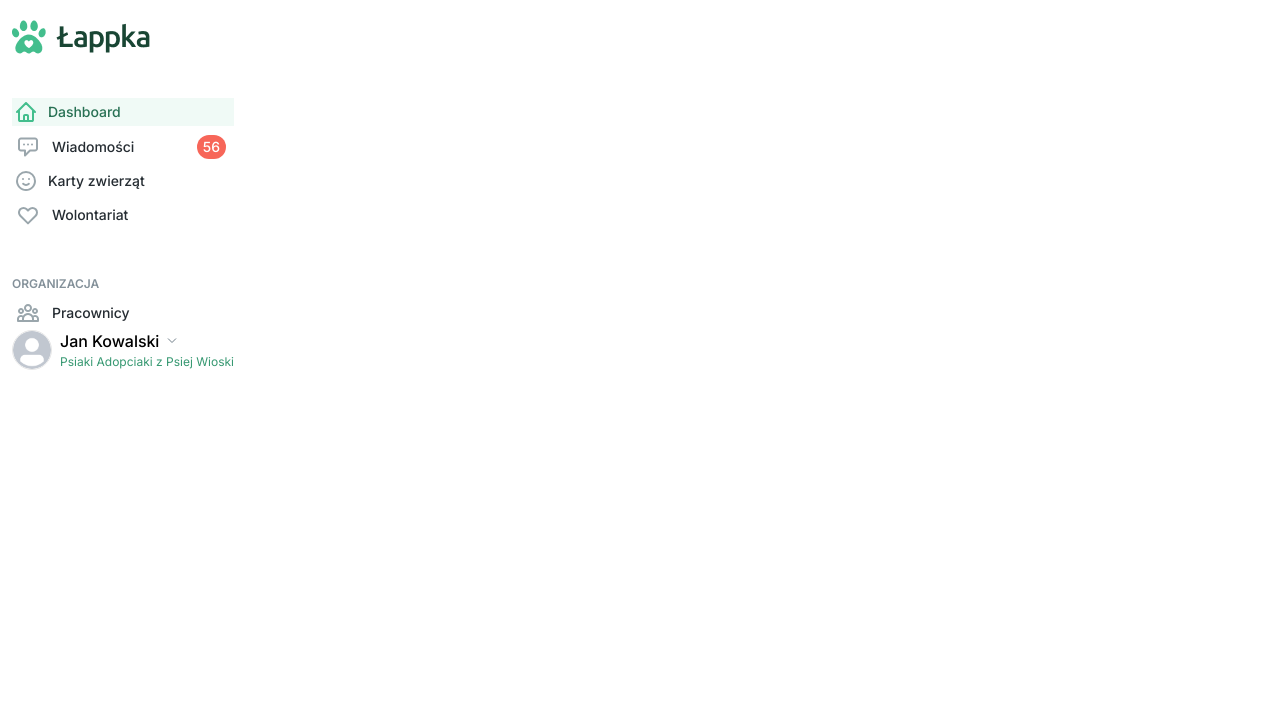
Repository: michalmilek/lappka
Page: /dashboard
An editor plug-in stored every save of this project. The page is shown before and after the next save, followed by the edit.
The browser window is 1280 px wide. The pictures show the whole page.
The project was rebuilt for these pictures with package versions that can differ from the ones it lists, and the page was loaded fresh each time. Also part of the build but not shown: src/components/customComponents/FormInput.tsx, src/components/customComponents/Button.tsx, src/components/LoginForm.tsx, src/components/Form/Form.tsx, src/pages/Login.tsx.

Above is the page before, as saved 2023-03-28 12:17:06.

### src/index.tsx
import React from 'react';
import ReactDOM from 'react-dom/client';
import './index.css';
import reportWebVitals from "./reportWebVitals";
import { RouterProvider, createBrowserRouter } from "react-router-dom";
import { ROUTES } from "./router/routes";
import Dashboard from "./pages/Dashboard";
import Login from "./pages/Login";

const router = createBrowserRouter([
  {
    path: ROUTES.HOME,
    element: <Login />,
  },
  {
    path: ROUTES.DASHBOARD,
    element: <Dashboard />,
  },
  /*   {
    path: ROUTES.ANIMALSCARDS,
    element: <LoginSite />,
  }, */
]);

const root = ReactDOM.createRoot(
  document.getElementById("root") as HTMLElement
);
root.render(
  <React.StrictMode>
    <RouterProvider router={router} />
  </React.StrictMode>
);

// If you want to start measuring performance in your app, pass a function
// to log results (for example: reportWebVitals(console.log))
// or send to an analytics endpoint. Learn more: https://bit.ly/CRA-vitals
reportWebVitals();

### src/index.css
@import url(https://fonts.googleapis.com/css?family=Inter:100,200,300,regular,500,600,700,800,900);

@tailwind base;
@tailwind components;
@tailwind utilities;


@layer base {
    *{
        @apply font-Inter
    }
}


@layer components {
    .hoverEffect{
        @apply hover:scale-105 transition-all duration-200 active:scale-95
    }

    .loginButton{
        @apply w-full bg-Primary/PR600 text-lightGray5 font-medium rounded-lg py-2 px-2
    }
    .registerButton{
        @apply w-full bg-white border border-Primary/PR100 text-darkGray2 font-medium rounded-lg py-2 px-2 shadow-registerBtn
    }

    .listLink {
        @apply flex gap-3 items-center tracking-veryVeryTight text-darkGray2 text-sm font-medium px-1 py-1 hover:cursor-pointer transition-all duration-300 hover:bg-gray-200 w-full
    }
}

### src/router/routes.ts
export const ROUTES = {
  HOME: "/",
  DASHBOARD: "/dashboard",
  ANIMALSCARDS: "/animals-cards",
};

### src/pages/Dashboard.tsx
import React from "react";
import Sidebar from "../components/Sidebar/Sidebar";

const Dashboard = () => {
  return (
    <main className="flex">
      <Sidebar />
      <div></div>
    </main>
  );
};

export default Dashboard;

### src/components/Sidebar/Sidebar.tsx
import React from "react";
import Logo from "./Logo.png";
import { ReactComponent as HomeIcon } from "./icons/Vector.svg";
import { ReactComponent as MessageIcon } from "./icons/Messages.svg";
import { ReactComponent as AnimalsCards } from "./icons/AnimalsCards.svg";
import { ReactComponent as HeartIcon } from "./icons/Heart.svg";
import { ReactComponent as EmployeesIcon } from "./icons/Workers.svg";
import { ReactComponent as ArrowIcon } from "./icons/Arrow.svg";

const Sidebar = () => {
  return (
    <div className="px-3 py-5 min-h-screen flex flex-col min-w-[200px]">
      <div className="flex flex-col items-start justify-start gap-11">
        <img
          src={Logo}
          alt="Logo"
        />

        <ul className="flex flex-col items-start justify-center gap-1 w-full">
          <li className="listLink bg-bgGreen !text-Primary/PR700">
            <HomeIcon /> Dashboard
          </li>
          <li className="listLink relative">
            <MessageIcon /> Wiadomości
            <span className="absolute text-sm right-2 bg-orange flex justify-center items-center top-[50%] translate-y-[-50%] rounded-xl p-[2px] px-[6px] text-white">
              56
            </span>
          </li>
          <li className="listLink">
            <AnimalsCards /> Karty zwierząt
          </li>
          <li className="listLink">
            <HeartIcon /> Wolontariat
          </li>
        </ul>

        <div className="flex flex-col items-start justify-center gap-1 w-full">
          <p className="uppercase text-[12px] text-midGray3 font-semibold mb-0">
            Organizacja
          </p>
          <ul className="w-full flex flex-col">
            <li className="listLink">
              <EmployeesIcon /> Pracownicy
            </li>
          </ul>
        </div>
      </div>
      <div className="flex gap-2 items-center justify-center">
        <img
          className="w-10 h-10 rounded-full border-opacity01 border"
          src="data:[embedded picture, 3758 characters]"
          alt="avatar"
        />
        <div className="flex flex-col items-start justify-center">
          <h4 className="flex items-center gap-2 font-medium tracking-veryVeryTight">
            Jan Kowalski <ArrowIcon />
          </h4>
          <p className="text-Primary/PR600 text-[12px]">
            Psiaki Adopciaki z Psiej Wioski
          </p>
        </div>
      </div>
    </div>
  );
};

export default Sidebar;

### tailwind.config.js
/** @type {import('tailwindcss').Config} */
module.exports = {
  content: ["./src/**/*.{js,jsx,ts,tsx}"],
  important: true,
  theme: {
    extend: {
      colors: {
        "Primary/PR600": "#369871",
        "Primary/PR100": "#E1F5ED",
        "Primary/PR500": "#43BE8D",
        "Primary/PR700": "#287154",
        orange: "#F76659",
        bgGreen: "#F0FAF6",
        "Primary/PR800": "#205B43",
        midGray2: "#6E7C87",
        lightGray1: "#D5DADD",
        lightGray4: "#EEF0F2",
        lightGray5: "#F6F7F9",
        midGray5: "#B0BABF",
        midGray4: "#9AA6AC",
        midGray3: "#84919A",
        darkGray2: "#252C32",
      },
      fontFamily: {
        Inter: ["Inter", "sans-serif"],
      },
      letterSpacing: {
        veryTight: "-.006em",
        veryVeryTight: "-0.003em",
        wide18em: "0.018em",
      },
      boxShadow: {
        registerBtn: "0px 1px 2px rgba(16, 24, 40, 0.05)",
      },
      borderColor: {
        opacity01: "rgba(0, 0, 0, 0.1)",
      },
    },
  },
  plugins: [require("@tailwindcss/forms")],
};

Loaded but not shown: public/index.html (common file); src/reportWebVitals.ts (common file)

After the next save:
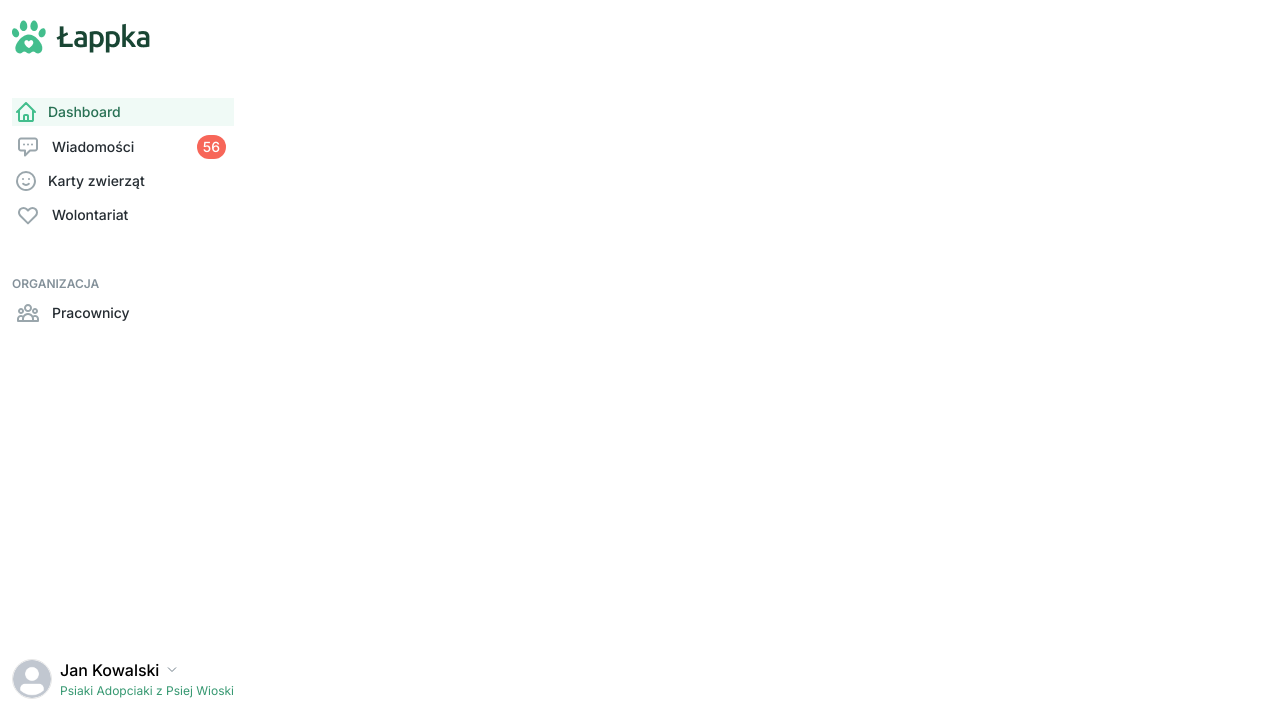
Saved 100 s later.
--- a/src/components/Sidebar/Sidebar.tsx
+++ b/src/components/Sidebar/Sidebar.tsx
@@ -9,7 +9,7 @@ import { ReactComponent as ArrowIcon } from "./icons/Arrow.svg";
 
 const Sidebar = () => {
   return (
-    <div className="px-3 py-5 min-h-screen flex flex-col min-w-[200px]">
+    <div className="px-3 py-5 min-h-screen flex flex-col min-w-[200px] justify-between">
       <div className="flex flex-col items-start justify-start gap-11">
         <img
           src={Logo}
